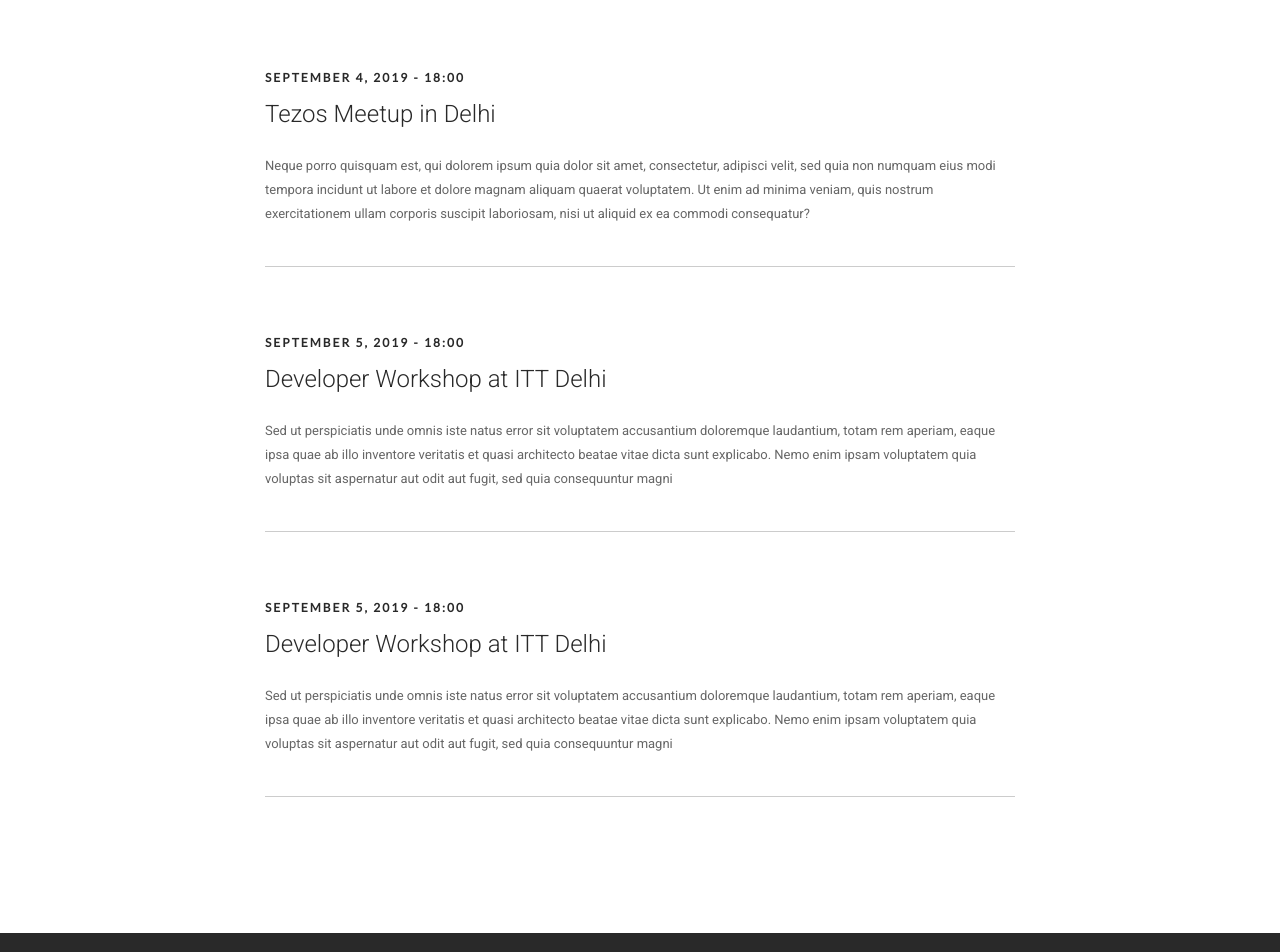
Repository: Tezos-India-Foundation/TIF-Website
Page: Tezos India Website/page.html
These files come from the project's save history. The page is drawn as it stood at one moment and after the next save; the edit follows.
The browser window is 1280 px wide. The pictures show the part of the page from y = 1907 to 2859 px (the page is 3989 px tall before and 4087 px after).
A picture or video elsewhere on the page could not be fetched, so the positions and the page height are approximate.

Above is the page before, as saved 2019-08-13 03:46:10.

### Tezos India Website/page.html
<!doctype html>
<html lang="en">

<head>
	<meta charset="utf-8">
	<title>Tezos India Foundation</title>
	<meta name="viewport" content="width=device-width, initial-scale=1.0">
	<link href="css/font-awesome.min.css" rel="stylesheet" type="text/css" media="all">
	<link href="css/themify-icons.css" rel="stylesheet" type="text/css" media="all" />
	<link href="css/bootstrap.css" rel="stylesheet" type="text/css" media="all" />
	<link href="css/theme-nearblack.css" rel="stylesheet" type="text/css" media="all" />
	<link href="css/custom.css" rel="stylesheet" type="text/css" media="all" />
	<link
		href='http://fonts.googleapis.com/css?family=Lato:300,400%7CRaleway:100,400,300,500,600,700%7COpen+Sans:400,500,600'
		rel='stylesheet' type='text/css'>
	<link href="http://fonts.googleapis.com/css?family=Roboto:100,300,400,600,700" rel="stylesheet" type="text/css">
	<link href="css/font-roboto.css" rel="stylesheet" type="text/css">
</head>

<body>

	<div class="nav-container">




		<nav class="bg-dark">
			<div class="nav-bar">
				<div class="module left">
					<a href="index.html">
						<img class="logo logo-light" alt="Foundry" src="img\logo with text.png">
						<img class="logo logo-dark" alt="Foundry" src="img/logo-dark.png">
					</a>
				</div>
				<div class="module widget-handle mobile-toggle right visible-sm visible-xs">
					<i class="ti-menu"></i>
				</div>
				<div class="module-group right">
					<div class="module left">
						<ul class="menu">
							<li>
								<a href="#">What We Do</a>
							</li>
							<li>
								<a href="#">Agenda</a>
							</li>
							<li>
								<a href="#">Team</a>
							</li>
							<li>
								<a href="#">Contact</a>
							</li>
					</div>

				</div>
		</nav>


	</div>

	<div class="main-container">





		<!-- <section class="cover fullscreen image-bg overlay">

			<div class="background-image-holder">
				<img alt="image" class="background-image" src="img/prop1.jpg">
			</div>
			<div class="container v-align-transform">
				<div class="row">
					<div class="col-sm-12 text-center">
						<h1 class="large mb16">Tezos India Foundation</h1>
						<h5 class="uppercase mb0">Education . meetups . partnerships</h5>
					</div>
				</div>

			</div>

			<div class="align-bottom relative-xs text-center" id="buttonslanding">
				<a class="btn btn-filled btn-lg mb32 mt-xs-40" href="#">What is Tezos?</a>
				<a class="btn btn-filled btn-lg mb32 mt-xs-40" href="#">Developer Resources</a>
			</div>

		</section> -->
		<section class="bg-dark">



			<div class="container">
				<div class="row">
					<!-- <div class="col-sm-12">

						<hr class="mb160 mb-xs-24">
					</div> -->
				</div>

				<div class="row" id="headerlanding">
					<div class="col-md-10">
						<h1 class="thin">Dedicated to Growing the Tezos Community in India.</h1>
					</div>
				</div>

				<div class="row mb40 mb-xs-0">
					<div class="col-md-6 col-sm-8">
						<p class="lead">The Tezos India Foundation assists individuals and
							entities to use the Tezos blockchain. Our goal is to grow
							the community and advance Tezos in India through education, meetups and
							partnerships.
							&nbsp;</p>
					</div>
				</div>

				<div class="row mb160 mb-xs-0" >
						<div class="col-md-6 col-sm-8" id="headerbuttons">
						<a class="btn btn-lg btn-filled" target="_blank" href="https://tezos.com/">What is Tezos?</a>
						<a class="btn btn-lg btn-white" id="devbutton" target="_blank" href="https://developers.tezos.com/">Developer Resources</a>
					</div>
					</div>



			</div>

		</section>
	</section><section class="image-bg overlay parallax">
		<div class="background-image-holder">
			<img alt="Background" class="background-image" src="img/home7.jpg" />
		</div>
		<div class="container">
			<div class="row">
				<div class="col-sm-12 text-center">
					<h2 class="mb16">There's so much to love</h2>
					<p class="lead mb64">
						A remarkably versatile template packed with features.
					</p>
				</div>
			</div>
			<!--end of row-->
			<div class="row">
				<div class="col-sm-4">
					<div class="feature feature-1 boxed">
						<div class="text-center">
							<i class="ti-package icon"></i>
							<h5 class="uppercase">Unique Concepts</h5>
						</div>
						<p>
							10 Fresh and unique concepts included out of the box. From portfolio to property showcase, Foundry's adaptable look is perfect for your next project.
						</p>
					</div>
					<!--end of feature-->
				</div>
				<div class="col-sm-4">
					<div class="feature feature-1 boxed">
						<div class="text-center">
							<i class="ti-infinite icon"></i>
							<h5 class="uppercase">Infinite Potential</h5>
						</div>
						<p>
							With over 100 pre-made HTML templates included, it's easier than ever to find a look that suits you. If not, just create your own with Variant Page Builder!
						</p>
					</div>
					<!--end of feature-->
				</div>
				<div class="col-sm-4">
					<div class="feature feature-1 boxed">
						<div class="text-center">
							<i class="ti-heart icon"></i>
							<h5 class="uppercase">Developer Friendly</h5>
						</div>
						<p>
							We haven't forgotten developers, that's why we've built Foundry from the ground-up as a powerful, easy to understand framework, with a focus on code readability.
						</p>
					</div>
					<!--end of feature-->
				</div>
			</div>
			<!--end of row-->
		</div>
		<!--end of container-->
	</section>
		<section>
			<div class="container">
				<div class="row mb64 mb-xs-24">
					<div class="col-sm-12 text-center">
						<h3>Agenda</h3>

					</div>
				</div>

				<div class="row">
					<div class="col-md-offset-2 col-md-8">
						<div class="tabbed-content button-tabs">


									<div class="tab-content text-left">
										<div>
											<div class="overflow-hidden">

												<div class=" p0-xs pt24">
													<h6 class="uppercase mb8 number">September 4, 2019 - 18:00</h6>
													<h4>Tezos Meetup in Delhi</h4>
												</div>
											</div>
											<p>
												Neque porro quisquam est, qui dolorem ipsum quia dolor sit amet,
												consectetur, adipisci velit, sed quia non numquam eius modi tempora
												incidunt ut labore et dolore magnam aliquam quaerat voluptatem. Ut enim
												ad minima veniam, quis nostrum exercitationem ullam corporis suscipit
												laboriosam, nisi ut aliquid ex ea commodi consequatur?
											</p>
											<hr class="mt40 mb40 mt-xs-0 mb-xs-24">
										</div>
										<div>
											<div class="overflow-hidden">

												<div class=" p0-xs pt24">
													<h6 class="uppercase mb8 number">September 5, 2019 - 18:00</h6>
													<h4>Developer Workshop at ITT Delhi</h4>
												</div>
											</div>
											<p>
												Sed ut perspiciatis unde omnis iste natus error sit voluptatem
												accusantium doloremque laudantium, totam rem aperiam, eaque ipsa quae ab
												illo inventore veritatis et quasi architecto beatae vitae dicta sunt
												explicabo. Nemo enim ipsam voluptatem quia voluptas sit aspernatur aut
												odit aut fugit, sed quia consequuntur magni
											</p>
											<hr class="mt40 mb40 mt-xs-0 mb-xs-24">
										</div>
										<div>
											<div class="overflow-hidden">

												<div class=" p0-xs pt24">
													<h6 class="uppercase mb8 number">September 5, 2019 - 18:00</h6>
													<h4>Developer Workshop at ITT Delhi</h4>
												</div>
											</div>
											<p>
												Sed ut perspiciatis unde omnis iste natus error sit voluptatem
												accusantium doloremque laudantium, totam rem aperiam, eaque ipsa quae ab
												illo inventore veritatis et quasi architecto beatae vitae dicta sunt
												explicabo. Nemo enim ipsam voluptatem quia voluptas sit aspernatur aut
												odit aut fugit, sed quia consequuntur magni
											</p>
											<hr class="mt40 mb40 mt-xs-0 mb-xs-24">
										</div>
									</div>

						</div>

					</div>
				</div>


		</section>
		<section class="bg-dark">
			<div class="container">
				<div class="row">
					<div class="col-md-4 col-sm-6">
						<div class="image-tile outer-title text-center">
							<img alt="Pic" src="img/headshot_berndoostrum.jpg">
							<div class="title mb16">
								<h5 class="uppercase mb0">Bernd Oostrum</h5>
								<span>Director</span>
							</div>
							<p class="mb0">
								Sed ut perspiciatis unde omnis iste natus error sit voluptatem accusantium doloremque
								laudantium, totam rem aperiam, eaque ipsa quae ab illo inventore veritatis.
							</p>
						</div>
					</div>

					<div class="col-md-4 col-sm-6">
						<div class="image-tile outer-title text-center">
							<img alt="Pic" src="img/headshot_gokul.jpg">
							<div class="title mb16">
								<h5 class="uppercase mb0">Gokul Alex</h5>
								<span>Director</span>
							</div>
							<p class="mb0">
								Sed ut perspiciatis unde omnis iste natus error sit voluptatem accusantium doloremque
								laudantium, totam rem aperiam, eaque ipsa quae ab illo inventore veritatis.
							</p>
						</div>
					</div>
					<div class="col-md-4 col-sm-6">
						<div class="image-tile outer-title text-center">
							<img alt="Pic" src="img/headshot_om.jpg">
							<div class="title mb16">
								<h5 class="uppercase mb0">Om Malviya</h5>
								<span>Director</span>
							</div>
							<p class="mb0">
								Sed ut perspiciatis unde omnis iste natus error sit voluptatem accusantium doloremque
								laudantium, totam rem aperiam, eaque ipsa quae ab illo inventore veritatis.
							</p>
						</div>
					</div>
				</div>

			</div>

		</section>
		<section class="bg-primary">
			<div class="container">
				<div class="row">
					<div class="col-sm-12 text-center">
						<h3 class="mb0 inline-block p32 p0-xs">Interested in exploring Tezos?</h3>
						<a class="btn btn-lg btn-white mb8 mt-xs-24" href="#">Reach out</a>
					</div>
				</div>

			</div>

		</section>
		<footer class="footer-2 bg-dark text-center-xs">
			<div class="container">
				<div class="row">
					<div class="col-sm-4">
						<a href="#"><img class="image-xxs fade-half" alt="Pic" src="img\logo with text.png"></a>
					</div>

					<div class="col-sm-5 text-center">
						<span class="fade-half">
							© Copyright 2019 Tezos India Foundation - All Rights Reserved
						</span>
					</div>

					<div class="col-sm-3 text-right text-center-xs">
						<ul class="list-inline social-list">
							<li><a href="#"><i class="ti-twitter-alt"></i></a></li>
							<li><a href="#"><i class="ti-facebook"></i></a></li>
							<li><a href="#"><i class="ti-linkedin"></i></a></li>

						</ul>
					</div>
				</div>
			</div>
		</footer>
	</div>


	<script src="js/jquery.min.js"></script>
	<script src="js/bootstrap.min.js"></script>
	<script src="js/parallax.js"></script>
	<script src="js/scripts.js"></script>
</body>

</html>

### Tezos India Website/css/custom.css
/****** PLACE YOUR CUSTOM STYLES HERE ******/

#headerlanding {
    padding-top: 15%;
}
#headerbuttons {
    padding-bottom: 10%;
}

#devbutton {

}

Loaded but not shown: Tezos India Website/css/font-awesome.min.css (library); Tezos India Website/css/themify-icons.css (common file); Tezos India Website/css/bootstrap.css (library); Tezos India Website/css/font-roboto.css (common file); Tezos India Website/js/jquery.min.js (library); Tezos India Website/js/bootstrap.min.js (library); Tezos India Website/js/parallax.js (library); Tezos India Website/js/scripts.js (1387 lines, source omitted); Tezos India Website/css/theme-nearblack.css (5712 lines, source omitted)

After the next save:
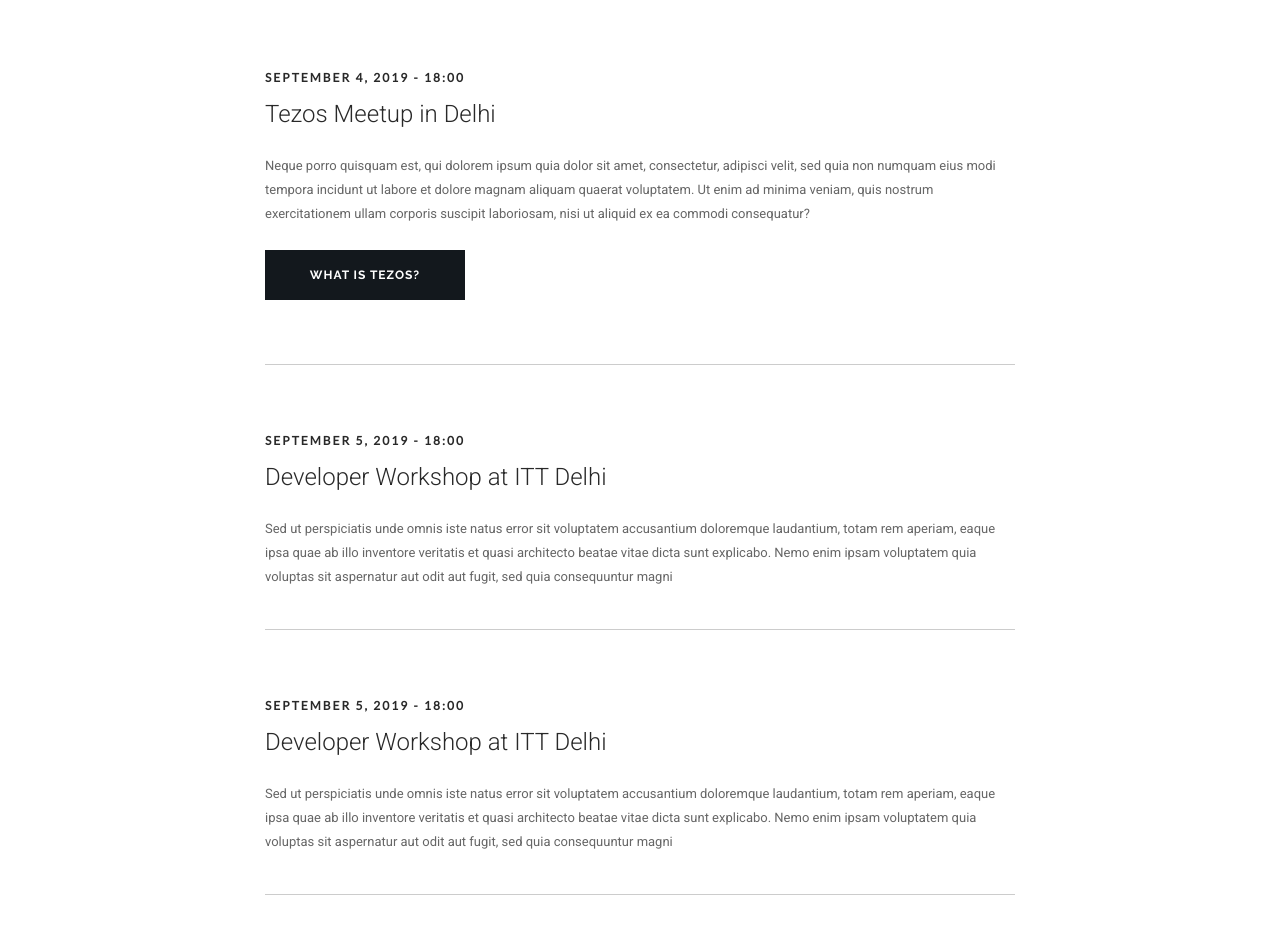
Saved 8 min 14 s later.
--- a/Tezos India Website/page.html
+++ b/Tezos India Website/page.html
@@ -211,6 +211,8 @@
 												ad minima veniam, quis nostrum exercitationem ullam corporis suscipit
 												laboriosam, nisi ut aliquid ex ea commodi consequatur?
 											</p>
+
+											<a class="btn btn-lg btn-filled" target="_blank" href="https://tezos.com/">What is Tezos?</a>
 											<hr class="mt40 mb40 mt-xs-0 mb-xs-24">
 										</div>
 										<div>
